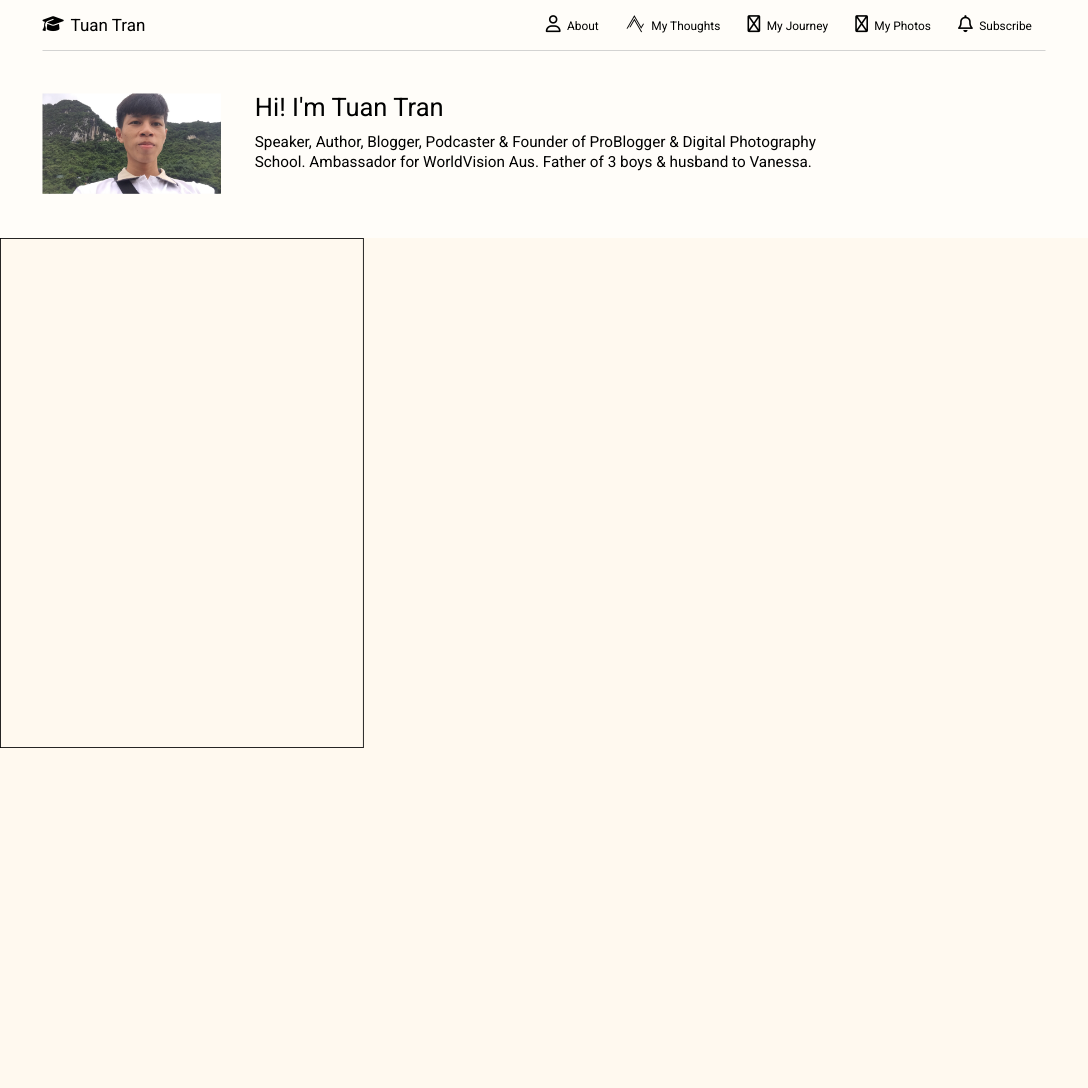
Repository: TranDinhTuann/Blog-Demo
Page: index.html
The author's editor kept a copy of each file at every save. The page is drawn from the files as they stood at one save, then again after the next save.
The browser window is 1280 px wide. The pictures show the whole page, at 85% of full size.

Above is the page before, as saved 2023-03-22 20:07:53.

### index.html
<!DOCTYPE html>
<html lang="en">
<head>
    <meta charset="UTF-8">
    <meta http-equiv="X-UA-Compatible" content="IE=edge">
    <meta name="viewport" content="width=device-width, initial-scale=1.0">
    <title>Blog của Tuấn</title>
    <link rel="stylesheet" href="./assets/css/base.css">
    <link rel="stylesheet" href="./assets/css/main.css">
    <link rel="stylesheet" href="https://cdnjs.cloudflare.com/ajax/libs/normalize/8.0.1/normalize.min.css">
    <link rel="stylesheet" href="./assets/fonts/fontawesome-free-6.2.1-web/css/all.min.css">
    <link rel="preconnect" href="https://fonts.googleapis.com"><link rel="preconnect" href="https://fonts.gstatic.com" crossorigin><link href="https://fonts.googleapis.com/css2?family=Roboto:wght@300;400;500;700&display=swap" rel="stylesheet">
</head>
<body>
    <div class="app">
        <div class="header">
            <nav class="navbar">
                <a class="navbar__head">
                    <i class="navbar__head-icon fa-solid fa-graduation-cap"></i>
                    <div class="navbar__name">Tuan Tran</div>
                </a>

                <ul class="navbar__list">
                    <li class="navbar__list-item">
                        <a href="" class="navbar__list-item-link">
                            <i class="navbar__list-item-icon fa-regular fa-user"></i>
                            <span class="navbar__list-item-text">About</span>
                        </a>
                    </li>
                    <li class="navbar__list-item">
                        <a href="" class="navbar__list-item-link">
                            <i class="navbar__list-item-icon fa-brands fa-think-peaks"></i>
                            <span class="navbar__list-item-text">My Thoughts</span>
                        </a>
                    </li>
                    <li class="navbar__list-item">
                        <a href="" class="navbar__list-item-link">
                            <i class="navbar__list-item-icon fa-regular fa-location-dot"></i>
                            <span class="navbar__list-item-text">My Journey</span>
                        </a>
                    </li>
                    <li class="navbar__list-item">
                        <a href="" class="navbar__list-item-link">
                            <i class="navbar__list-item-icon fa-sharp fa-regular fa-camera-retro"></i>
                            <span class="navbar__list-item-text">My Photos</span>
                        </a>
                    </li>
                    <li class="navbar__list-item">
                        <a href="" class="navbar__list-item-link">
                            <i class="navbar__list-item-icon fa-regular fa-bell"></i>
                            <span class="navbar__list-item-text">Subscribe</span>
                        </a>
                    </li>
                </ul>
            </nav>

            <div class="intro">
                <div class="intro__img">
                    <img src="./assets/img/logo.JPG" alt="" class="intro__img-image">
                </div>
                <div class="intro__text">
                    <div class="intro__head">Hi! I'm Tuan Tran </div>
                    <div class="intro__des">Speaker, Author, Blogger, Podcaster & Founder of ProBlogger & Digital Photography School. Ambassador for WorldVision Aus. Father of 3 boys & husband to Vanessa.</div>
                </div>
            </div>
        </div>

        <div class="grid">
            <div class="content">

            </div>

            <div class="sitebar">

            </div>
        </div>

        <footer class="footer">

        </footer>
    </div>
</body>
</html>

### assets/css/base.css
:root {
    --white-color: #fff;
    --black-color: #000;
    --text-color: #333;
    --primary-color: #fff9ef;
    --header-primary-color: rgb(255, 253, 249);
}

* {
    box-sizing: inherit;
}

html {
    /* hack */
    font-size: 62.5%;
    line-height: 1.6rem;
    font-family: 'Roboto', sans-serif;
    box-sizing: border-box;
}

@keyframes fadeIn {
    from{
        opacity: 0;
    }
    to{
        opacity: 1;
    }
}

@keyframes growth {
    from{
        transform: calc(0);
    }
    to{
        transform: calc(1);
    }
}

### assets/css/main.css
.app{
    height: 1000px;
    background-color: rgb(255, 253, 249);
}

.header{
    height: 280px;
    margin: 0 50px;
}

.navbar{
    height: 60px;
    border-bottom: 1px solid #ccc;
    display: flex;
    align-items: center;
    justify-content: space-between;
}

.navbar__head-icon {
    font-size: 2rem;
    margin-right: 8px;
}

.navbar__name {
    font-size: 2rem;

}

.navbar__head {
    display: flex;
}

.navbar__head:hover {
    cursor: pointer;
    opacity: 0.5;
}

.navbar__list {
    display: flex;
    list-style: none;
    font-size: 1.4rem;
}

.navbar__list-item {
    padding: 0 16px;
    line-height: 60px;
}

.navbar__list-item:hover {
    cursor: pointer;
    opacity: 0.5;
}

.navbar__list-item-link {
    color: #000;
    text-decoration: none;
}

.navbar__list-item-icon{
    font-size: 2rem;
    padding-right: 4px;
}


.intro {
    display: flex;
    margin-top: 50px;
}

.intro__img {
    width: 30%;
    height: 50px;
}

.intro__img-image {
    width: 100%;
    background-size:cover;
}

.intro__text{
    padding-left: 40px;
}

.intro__head {
    font-size: 3rem;
}

.intro__des {
    font-size: 1.8rem;
    padding: 10px 250px 0 0;
    line-height: 2.4rem;
}


/* Grid */
.grid {
    background-color: rgb(255, 249, 239);
    height: 1000px;
    display: flex;
}
.content {
    /* width: 60%; */
    border: 1px solid #000;
    height: 600px;
    flex: 1;
}
.sitebar {
    /* width: 40%; */
    flex: 2;
}

Loaded but not shown: assets/fonts/fontawesome-free-6.2.1-web/css/all.min.css (library)

After the next save:
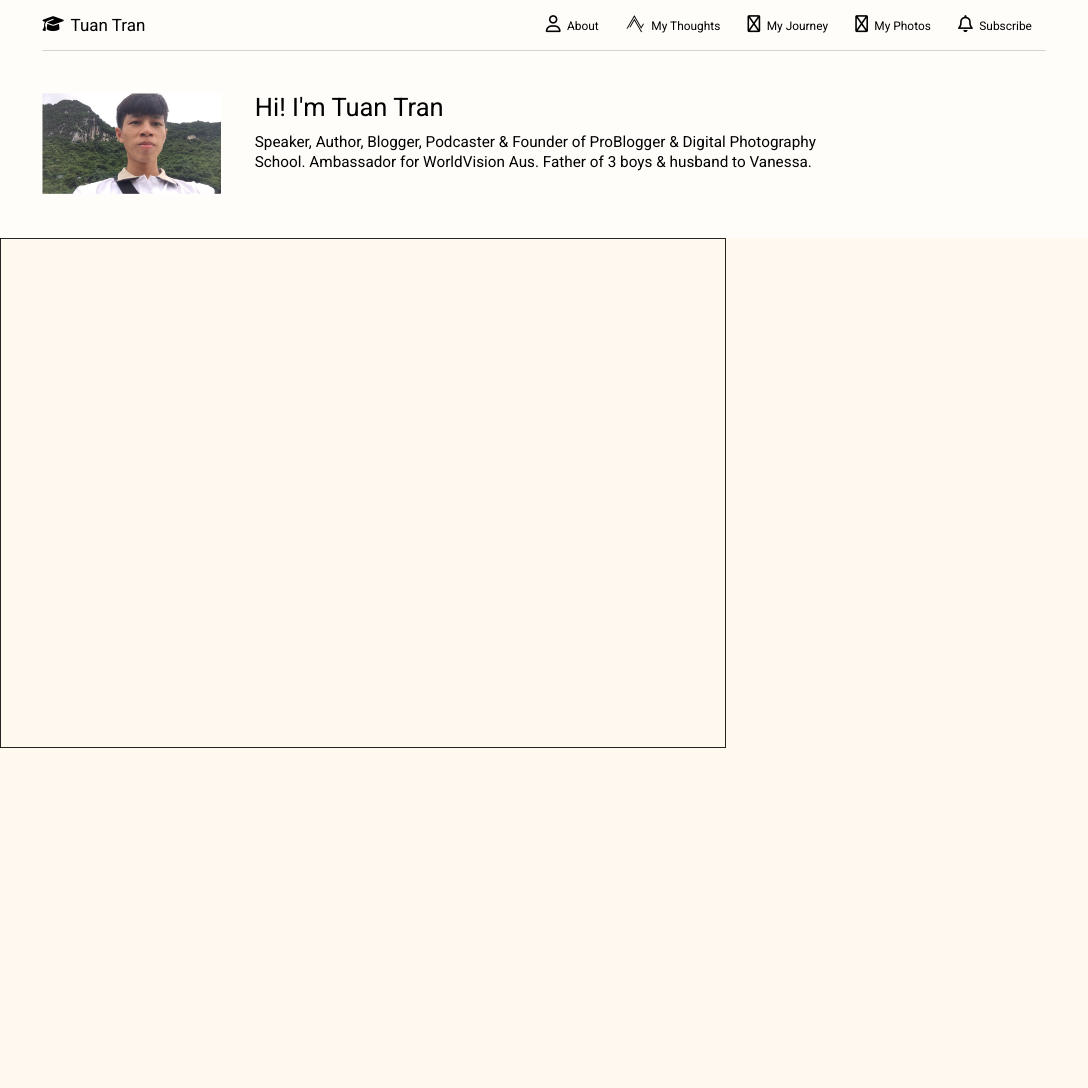
Saved 9 s later.
--- a/assets/css/main.css
+++ b/assets/css/main.css
@@ -102,9 +102,9 @@
     /* width: 60%; */
     border: 1px solid #000;
     height: 600px;
-    flex: 1;
+    flex: 2;
 }
 .sitebar {
     /* width: 40%; */
-    flex: 2;
+    flex: 1;
 }
